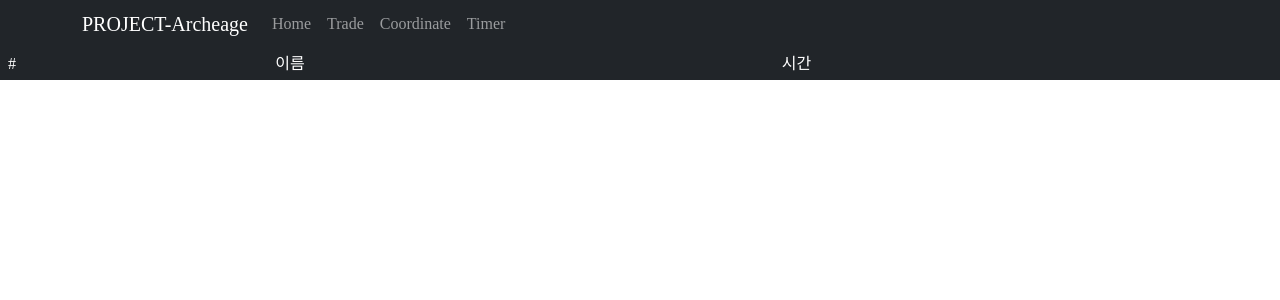
Repository: minsang98/project-archeage
Page: /timer
An editor plug-in stored every save of this project. The page is shown before and after the next save, followed by the edit.
The browser window is 1280 px wide. The pictures show the whole page.
The project was rebuilt for these pictures with package versions that can differ from the ones it lists, and the page was loaded fresh each time. Imported but missing from the stored project, and not drawn on this page: src/components/Timer/lol.mp3.

Above is the page before, as saved 2022-01-10 22:49:31.

### src/components/Navigation.js
import React from 'react';
import { Navbar, Container, Nav } from 'react-bootstrap';
import { Link } from 'react-router-dom';

const Navigation = () => {
  return (
    /* NAVIGATION COMPONENT */
    <Navbar bg="dark" variant="dark">
      <Container>
        <Navbar.Brand href="#home">PROJECT-Archeage</Navbar.Brand>
        <Nav className="me-auto">
          <Nav.Link to="/" as={Link}>
            Home
          </Nav.Link>
          <Nav.Link to="/trade" as={Link}>
            Trade
          </Nav.Link>
          <Nav.Link to="/coordinate" as={Link}>
            Coordinate
          </Nav.Link>
          <Nav.Link to="/timer" as={Link}>
            Timer
          </Nav.Link>
        </Nav>
      </Container>
    </Navbar>
  );
};

export default Navigation;

### src/components/Loading.js
import React from 'react';
import { Spinner } from 'react-bootstrap';

const Loading = () => {
  return (
    /* LOADING COMPONENT */
    <Spinner animation="border" role="status">
      <span className="visually-hidden">Loading...</span>
    </Spinner>
  );
};

export default Loading;

### src/container/TimerContainer.js
import React from 'react';

import Timer from '../components/Timer/Timer';

const TimerContainer = () => {
  return (
    <div>
      <Timer />
    </div>
  );
};

export default TimerContainer;

### src/components/Timer/Timer.js
import React from 'react';
import styled from 'styled-components';

import sound from './lol.mp3';
import schedule from './schedule.js';

import { Table } from 'react-bootstrap';

// const
const Timer = () => {
  const audio = new Audio(sound);
  // audio.play();
  return (
    <div>
      <Table striped bordered hover variant="dark">
        <thead>
          <tr>
            <th>#</th>
            <th>이름</th>
            <th>시간</th>
          </tr>
        </thead>
        <tbody>
          {schedule.map((v) => {
            <tr>
              {console.log(v)}
              <td>{v.id}</td>
              <td>{v.name}</td>
              {/* <td>{v.time[0]}</td> */}
            </tr>;
          })}
        </tbody>
      </Table>
    </div>
  );
};

export default Timer;

### src/components/Timer/schedule.js
/* eslint-disable import/no-anonymous-default-export */
export default [
  {
    id: 0,
    name: '낮징',
    location: ['이니스테르', '십자별 평원', '태양의 들녘'],
    compensation: [],
    time: [
      '0020',
      '0120',
      '0420',
      '0520',
      '0820',
      '0920',
      '1220',
      '1320',
      '1620',
      '1720',
      '2020',
      '2120',
    ],
  },
  {
    id: 1,
    name: '밤징',
    location: ['이니스테르', '십자별 평원'],
    compensation: [],
    time: ['0220', '0620', '1020', '1420', '1820', '2220'],
  },
  {
    id: 2,
    name: '샤크라/글렌/레이나',
    location: ['심연의 입구', '태양의 들녘'],
    compensation: [],
    time: ['0320', '0720', '1120', '1520', '1920', '2320'],
  },
  {
    id: 3,
    name: '황금 평원',
    location: ['인스턴스 / 세력전'],
    compensation: [],
    time: ['0130', '1430', '2030'],
  },
  {
    id: 4,
    name: '붉은 용',
    location: ['인스턴스 / 공격대'],
    compensation: [],
    time: ['0200', '1515', '2115'],
  },
  {
    id: 5,
    name: '카둠',
    location: ['인스턴스 / 공격대'],
    compensation: [],
    time: ['0200', '1515', '2115'],
  },
];

Loaded but not shown: public/index.html (common file); src/index.js (common file); src/index.css (common file); src/App.js (common file); src/reportWebVitals.js (common file); src/App.css (common file)

After the next save:
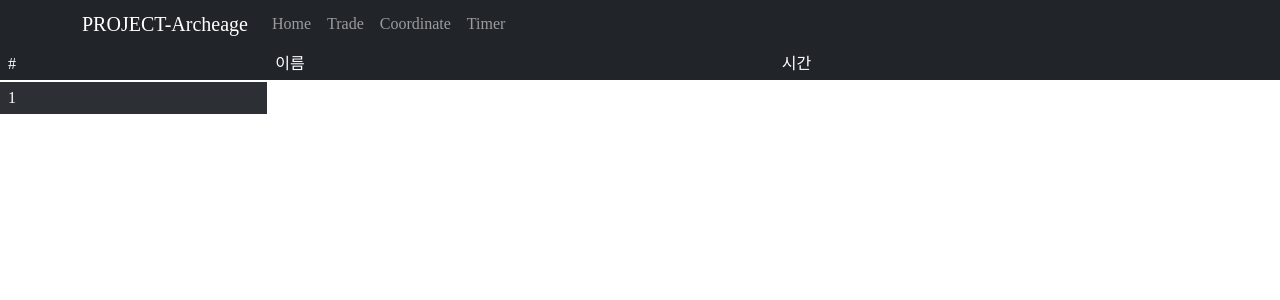
Saved 11 s later.
--- a/src/components/Timer/Timer.js
+++ b/src/components/Timer/Timer.js
@@ -21,14 +21,9 @@
           </tr>
         </thead>
         <tbody>
-          {schedule.map((v) => {
-            <tr>
-              {console.log(v)}
-              <td>{v.id}</td>
-              <td>{v.name}</td>
-              {/* <td>{v.time[0]}</td> */}
-            </tr>;
-          })}
+          <tr>
+            <td>1</td>
+          </tr>
         </tbody>
       </Table>
     </div>

After the save that followed:
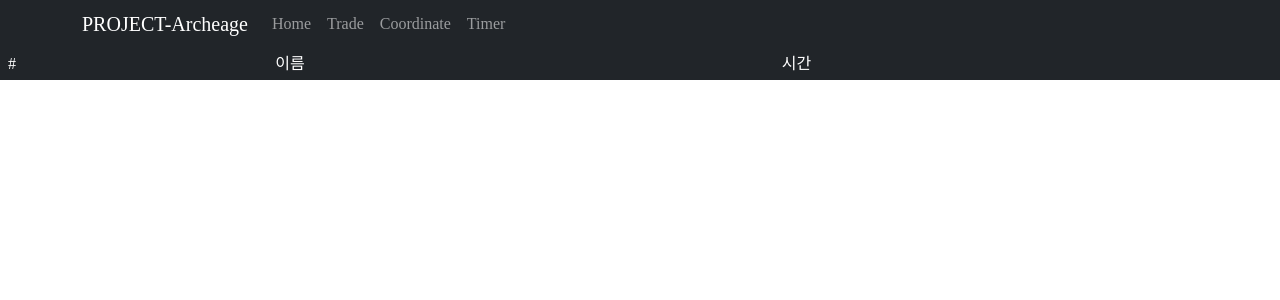
Saved 7 s later.
--- a/src/components/Timer/Timer.js
+++ b/src/components/Timer/Timer.js
@@ -21,9 +21,14 @@
           </tr>
         </thead>
         <tbody>
-          <tr>
-            <td>1</td>
-          </tr>
+          {schedule.map((v) => {
+            <tr>
+              {console.log(v)}
+              <td>{v.id}</td>
+              <td>{v.name}</td>
+              {/* <td>{v.time[0]}</td> */}
+            </tr>;
+          })}
         </tbody>
       </Table>
     </div>
